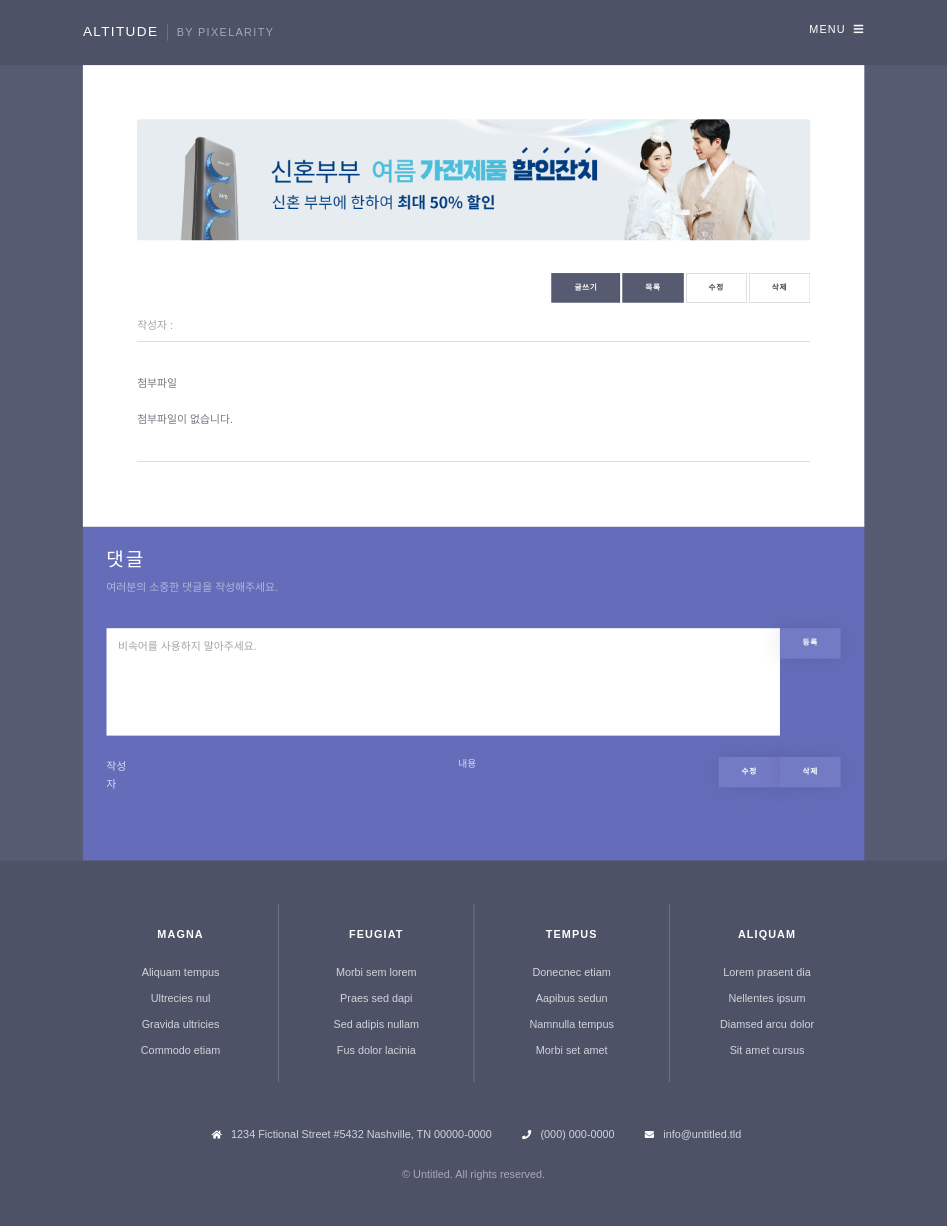
Repository: kkkukkk/Study-JSP
Page: http://localhost/boardMVC/app/board/boardDetail.jsp
The author's editor kept a copy of each file at every save. The page is drawn from the files as they stood at one save, then again after a run of saves.
The browser window is 1280 px wide. The pictures show the whole page, at 74% of full size.
Some web fonts or font styles are not loaded; a fallback is used. The page is served by Tomcat 9. Other server files are loaded and not shown.

Above is the page before, as saved 2022-02-25 02:42:27.

### workspace/boardMVC/WebContent/app/board/boardDetail.jsp
<%@ page language="java" contentType="text/html; charset=UTF-8"
    pageEncoding="UTF-8"%>
<%@ taglib uri="http://java.sun.com/jsp/jstl/core" prefix="c" %>
<%@ taglib uri="http://java.sun.com/jsp/jstl/functions" prefix="fn" %>
<!DOCTYPE HTML>
<!--
   Altitude by Pixelarity
   pixelarity.com | hello@pixelarity.com
   License: pixelarity.com/license
-->
<html>
   <head>
      <title>게시글 상세보기</title>
      <meta charset="utf-8" />
      <meta name="viewport" content="width=device-width, initial-scale=1, user-scalable=no" />
      <link rel="stylesheet" href="${pageContext.request.contextPath}/assets/css/main.css" />
      <style>
         form textarea{
            border-radius:0;
            resize:none;
            color:black !important;
         }

         form div#reply{
            display:flex;
            margin-bottom:3%;
         }

         input[type='submit']:not(#register), input[type='button'] {border-radius:0;}

         ul.actions li {
             padding: 0 0 0 0.2em;
         }

         p.content{
            width:63%;
         }

         p.writer{
            width:20%;
            font-weight:bold;
         }

      </style>
   </head>
   <body class="is-preload">
   		<c:set var="board" value="${board}"/>
   		<c:set var="files" value="${files}"/>
   		<c:set var="page" value="${page}"/>
      <!-- Page Wrapper -->
         <div id="page-wrapper">

            <!-- Wrapper -->
               <div class="wrapper">
                  <div class="inner">
                     <jsp:include page="/app/fix/header.jsp"/>
                  </div>
               </div>

            <!-- Wrapper -->
               <div class="wrapper">
                  <div class="inner">

                     <!-- Main -->
                     <section class="main">
                        <a href="#" class="image main"><img src="${pageContext.request.contextPath}/images/boardView.png" alt="" /></a>
                        <div class="col-12">
                           <ul class="actions" style="display:flex; justify-content:flex-end;">
                              <li><input type="button" value="글쓰기" class="primary" onclick="location.href = '${pageContext.request.contextPath}/board/BoardWrite.bo'"/></li>
                              <li><input type="button" value="목록" class="primary" onclick="location.href = '${pageContext.request.contextPath}/board/BoardListOk.bo'"/></li>
                              <c:if test="${memberNumber eq board.getMemberNumber()}">
	                              <li><input type="button" value="수정" onclick="location.href = '${pageContext.request.contextPath}/board/BoardUpdate.bo?boardNumber=${board.getBoardNumber()}&page=${page}'"/></li>
	                              <li><input type="button" value="삭제" onclick="location.href = '${pageContext.request.contextPath}/board/BoardDeleteOk.bo?boardNumber=${board.getBoardNumber()}'"/></li>
	                          </c:if>
                           </ul>
                        </div>
                        <header class="major">

                           <h2 style="text-align:left;">${board.getBoardTitle()}</h2>
                           <p style="text-align:left; margin-bottom:1%">작성자 : ${board.getMemberId()}</p>
                        </header>
                        <hr style="margin-top:0;">
                           <div>
                              첨부파일
                           </div>
                           <!-- 첨부파일 목록 -->
                           <c:choose>
                           	<c:when test="${files != null and fn:length(files) > 0}">
	                           <c:forEach var="file" items="${files}">
		                           <a href="${pageContext.request.contextPath}/board/FileDownloadOk.bo?fileName=${file.getFileName()}&fileNameOriginal=${file.getFileNameOriginal()}">
		                           	<c:out value="${file.getFileNameOriginal()}"/>
		                           </a>
		                           <br>
	                           </c:forEach>
	                       	</c:when>
	                       	<c:otherwise>
	                       		<br>
	                       		첨부파일이 없습니다.
	                       	</c:otherwise>
                           </c:choose>
                        <hr />
                        <!-- 내용 -->
                        <h3><pre>${board.getBoardContent()}</pre></h3>
                     </section>
                     <section class="main accent2" style="padding:3%">
                        <header class="major" style="text-align:left;">
                           <h2>댓글</h2>
                           <p>여러분의 소중한 댓글을 작성해주세요.</p>
                        </header>
                        <form method="post" action="#" class="combined" style="width:auto;">
                           <textarea name="content" id="content" placeholder="비속어를 사용하지 말아주세요." class="invert" rows="5" style="border-radius:0; resize:none;"></textarea>
                           <input id="register" type="button" class="primary" value="등록"/>
                        </form>
                        <form action="#" id="replies" class="combined" style="flex-direction:column; margin:0; display:contents;">
                        	<div id="reply">
                        		<p id="writer">작성자</p>
                        		<div class="content" style="width:100%">
                        			<pre>
                        				내용
                        			</pre>
                        		</div>
                        		<input type="button" class="primary" value="수정">
                        		<input type="button" class="primary" value="삭제">
                        	</div>
                        </form>
                     </section>
                  </div>
               </div>

            <!-- Wrapper -->
               <div class="wrapper">
                  <div class="inner">

                     <!-- Footer -->
                        <footer id="footer">
                           <section class="links">
                              <div>
                                 <h3>Magna</h3>
                                 <ul class="plain">
                                    <li><a href="#">Aliquam tempus</a></li>
                                    <li><a href="#">Ultrecies nul</a></li>
                                    <li><a href="#">Gravida ultricies</a></li>
                                    <li><a href="#">Commodo etiam</a></li>
                                 </ul>
                              </div>
                              <div>
                                 <h3>Feugiat</h3>
                                 <ul class="plain">
                                    <li><a href="#">Morbi sem lorem</a></li>
                                    <li><a href="#">Praes sed dapi</a></li>
                                    <li><a href="#">Sed adipis nullam</a></li>
                                    <li><a href="#">Fus dolor lacinia</a></li>
                                 </ul>
                              </div>
                              <div>
                                 <h3>Tempus</h3>
                                 <ul class="plain">
                                    <li><a href="#">Donecnec etiam</a></li>
                                    <li><a href="#">Aapibus sedun</a></li>
                                    <li><a href="#">Namnulla tempus</a></li>
                                    <li><a href="#">Morbi set amet</a></li>
                                 </ul>
                              </div>
                              <div>
                                 <h3>Aliquam</h3>
                                 <ul class="plain">
                                    <li><a href="#">Lorem prasent dia</a></li>
                                    <li><a href="#">Nellentes ipsum</a></li>
                                    <li><a href="#">Diamsed arcu dolor</a></li>
                                    <li><a href="#">Sit amet cursus</a></li>
                                 </ul>
                              </div>
                           </section>
                           <ul class="contact-icons">
                              <li class="icon solid fa-home">1234 Fictional Street #5432 Nashville, TN 00000-0000</li>
                              <li class="icon solid fa-phone"><a href="#">(000) 000-0000</a></li>
                              <li class="icon solid fa-envelope"><a href="#">info@untitled.tld</a></li>
                           </ul>
                           <p class="copyright">&copy; Untitled. All rights reserved.</p>
                        </footer>

                  </div>
               </div>

         </div>

      <!-- Scripts -->
         <script src="${pageContext.request.contextPath}/assets/js/jquery.min.js"></script>
         <script src="${pageContext.request.contextPath}/assets/js/browser.min.js"></script>
         <script src="${pageContext.request.contextPath}/assets/js/breakpoints.min.js"></script>
         <script src="${pageContext.request.contextPath}/assets/js/util.js"></script>
         <script src="${pageContext.request.contextPath}/assets/js/main.js"></script>
   </body>
</html>

### workspace/boardMVC/WebContent/app/fix/header.jsp
<%@ page language="java" contentType="text/html; charset=UTF-8"
    pageEncoding="UTF-8"%>
<%@ taglib uri="http://java.sun.com/jsp/jstl/core" prefix="c" %>
<header id="header">
	<a href="index.html" class="logo">Altitude <span>by Pixelarity</span></a>
	<nav>
		<ul>
			<li><a href="#menu">Menu</a></li>
		</ul>
	</nav>
</header>

<!-- Nav -->
<nav id="menu">
	<ul class="actions stacked">
		<c:choose>
			<c:when test="${memberNumber eq null}">
				<li><a href="${pageContext.request.contextPath }/member/MemberJoin.me" class="button primary fit">회원가입</a></li>
				<li><a href="${pageContext.request.contextPath }/member/MemberLogin.me" class="button fit">로그인</a></li>
			</c:when>
			<c:otherwise>
				<li><a href="${pageContext.request.contextPath }/member/MemberLogout.me" class="button fit">로그아웃</a></li>
			</c:otherwise>
		</c:choose>
	</ul>
</nav>

Loaded but not shown: workspace/boardMVC/WebContent/assets/js/jquery.min.js (library); workspace/boardMVC/WebContent/assets/js/browser.min.js (common file); workspace/boardMVC/WebContent/assets/js/breakpoints.min.js (common file); workspace/boardMVC/WebContent/assets/css/fontawesome-all.min.css (library); workspace/boardMVC/WebContent/assets/js/util.js (587 lines, source omitted); workspace/boardMVC/WebContent/assets/js/main.js (337 lines, source omitted); workspace/boardMVC/WebContent/assets/css/main.css (5511 lines, source omitted)

After the next 2 saves:
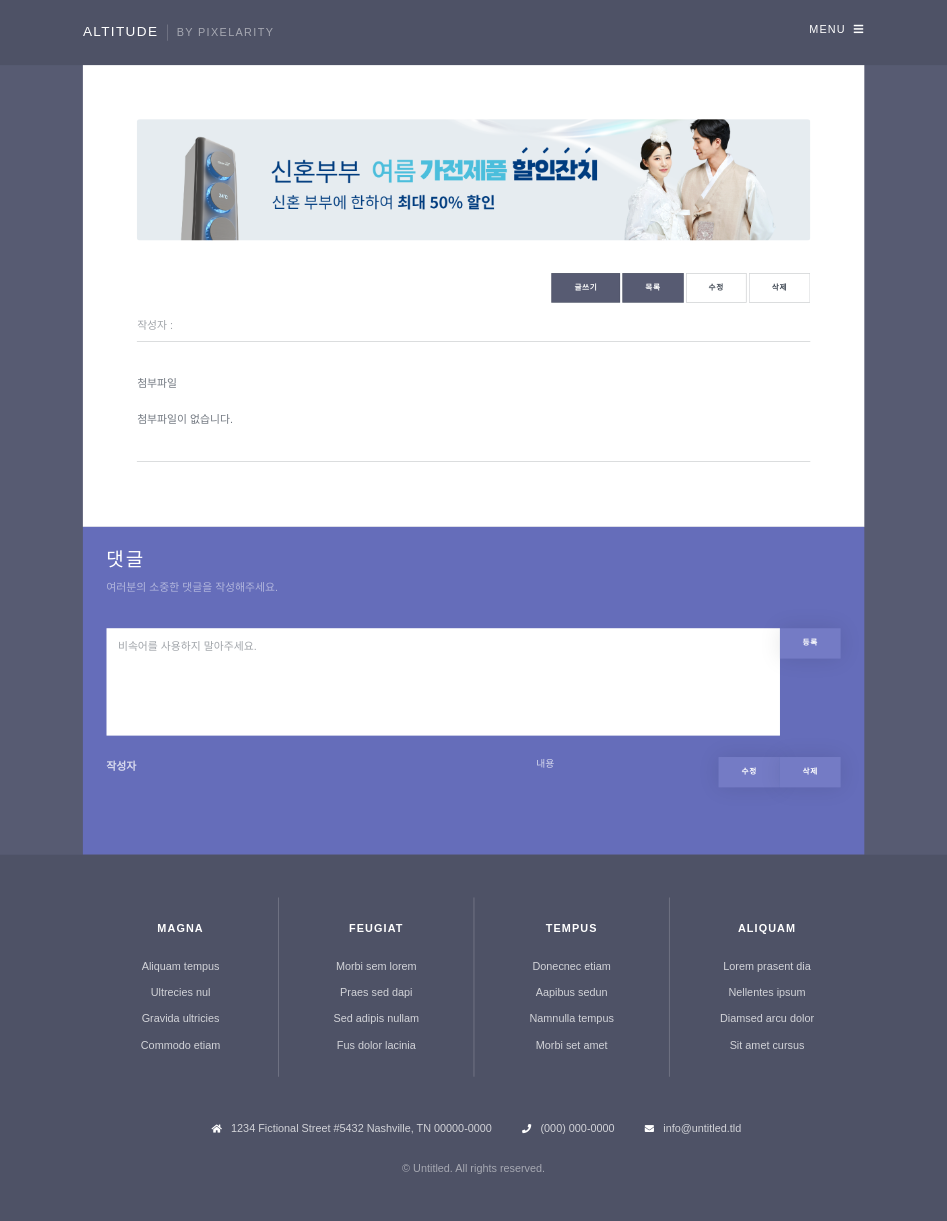
The 2 saves are shown as one change because they came seconds apart.
The last was saved 59 s later.
--- a/workspace/boardMVC/WebContent/app/board/boardDetail.jsp
+++ b/workspace/boardMVC/WebContent/app/board/boardDetail.jsp
@@ -113,7 +113,7 @@
                         </form>
                         <form action="#" id="replies" class="combined" style="flex-direction:column; margin:0; display:contents;">
                         	<div id="reply">
-                        		<p id="writer">작성자</p>
+                        		<p class="writer">작성자</p>
                         		<div class="content" style="width:100%">
                         			<pre>
                         				내용
